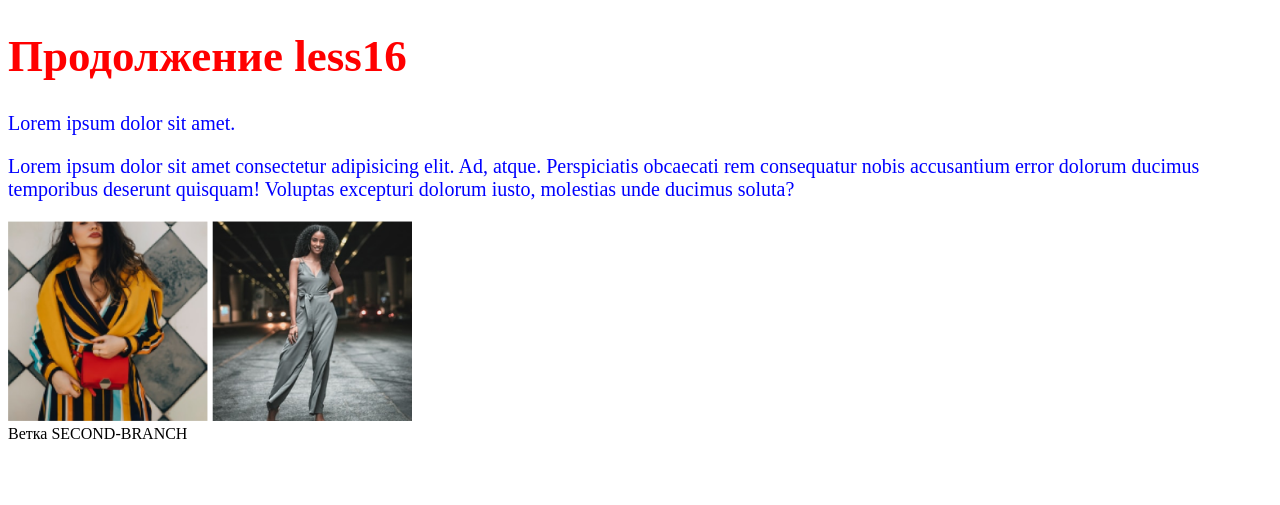
Repository: sparrowkg/lessen16
Page: index.html
An editor plug-in stored every save of this project. The page is shown before and after a run of saves, followed by the edit.
The browser window is 1280 px wide. The pictures show the whole page.

Above is the page before, as saved 2024-02-07 17:12:48.

After the next 2 saves:
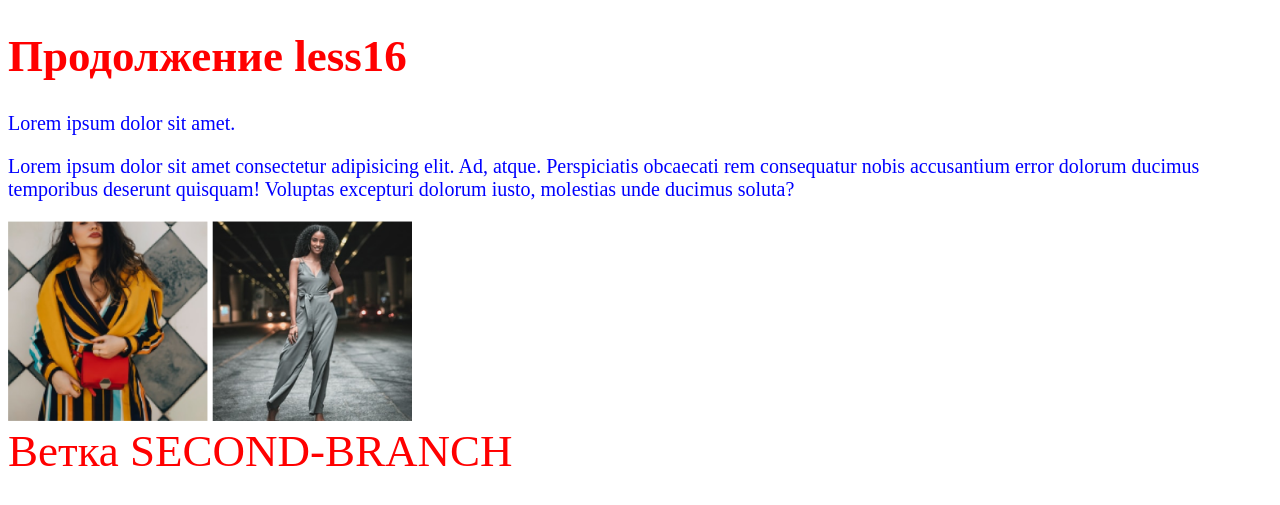
The 2 saves are shown as one change because they came seconds apart.
The last was saved 13 s later.
--- a/style.css
+++ b/style.css
@@ -10,4 +10,7 @@ img {
     width: 200px;
     height: 200px;
 }
-div {}
+div {
+    color: red;
+    font-size: 45px;
+}
